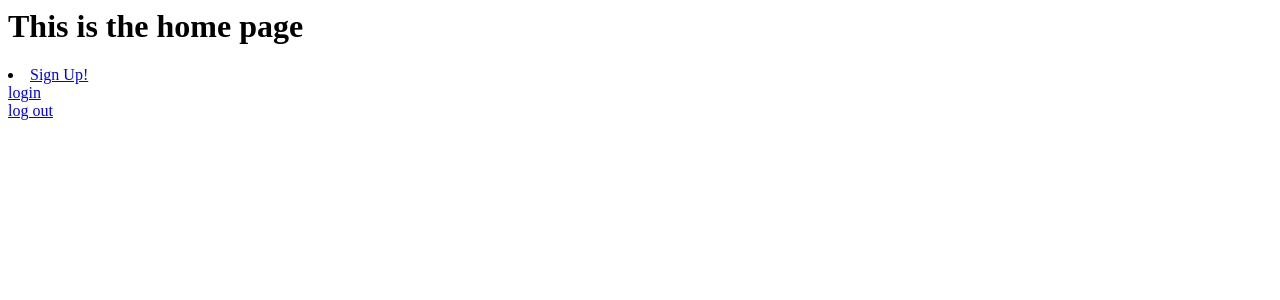
Repository: liamzeng24/YelpCamp
Page: http://localhost/
The author's editor kept a record of every edit. The page is drawn from the files as they stood at one moment, then again after the next edit.
The browser window is 1280 px wide. The pictures show the whole page.
The page is served by the project's Node server (auth/app.js).

Above is the page before.

After the next edit:
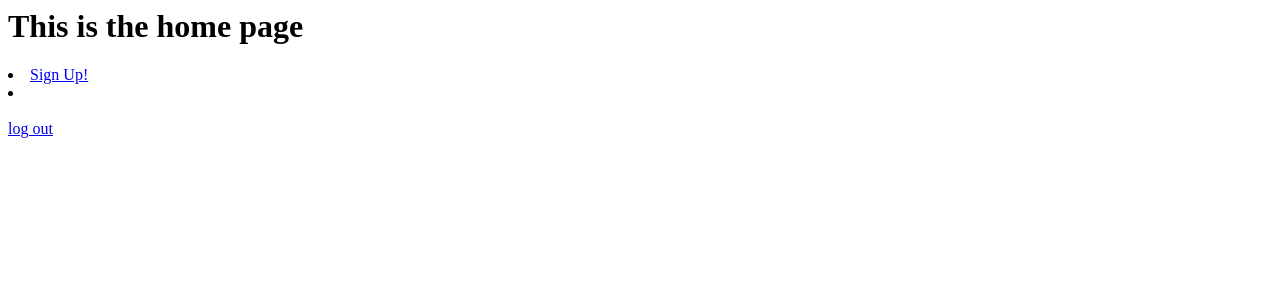
The edit:
--- a/auth/views/home.ejs
+++ b/auth/views/home.ejs
@@ -1,8 +1,11 @@
 <h1>This is the home page</h1>
 <li>
     <a href="/register">Sign Up!</a>
-    <br>
-    <a href="/login">login</a>
+</li>
+<li>
+
+</li>
+
     <br>
     <a href="/logout">log out</a>
 </li>
